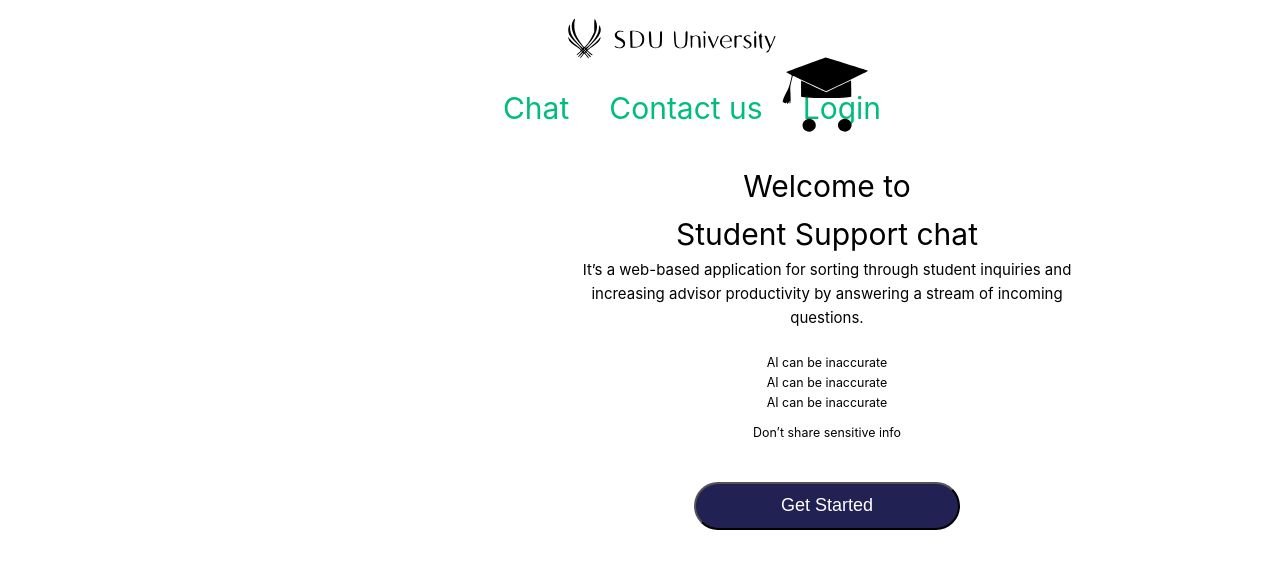
Repository: tolepbekova/Community_v.l
Page: /home
An editor plug-in stored every save of this project. The page is shown before and after the next save, followed by the edit.
The browser window is 1280 px wide. The pictures show the whole page.
The project was rebuilt for these pictures with package versions that can differ from the ones it lists, and the page was loaded fresh each time. Also part of the build but not shown: vite.config.js, src/components/HelloWorld.vue, src/views/Login.vue. Imported but missing from the stored project, and not drawn on this page: src/views/Change.vue.

Above is the page before, as saved 2024-05-10 00:12:18.

After the next save:
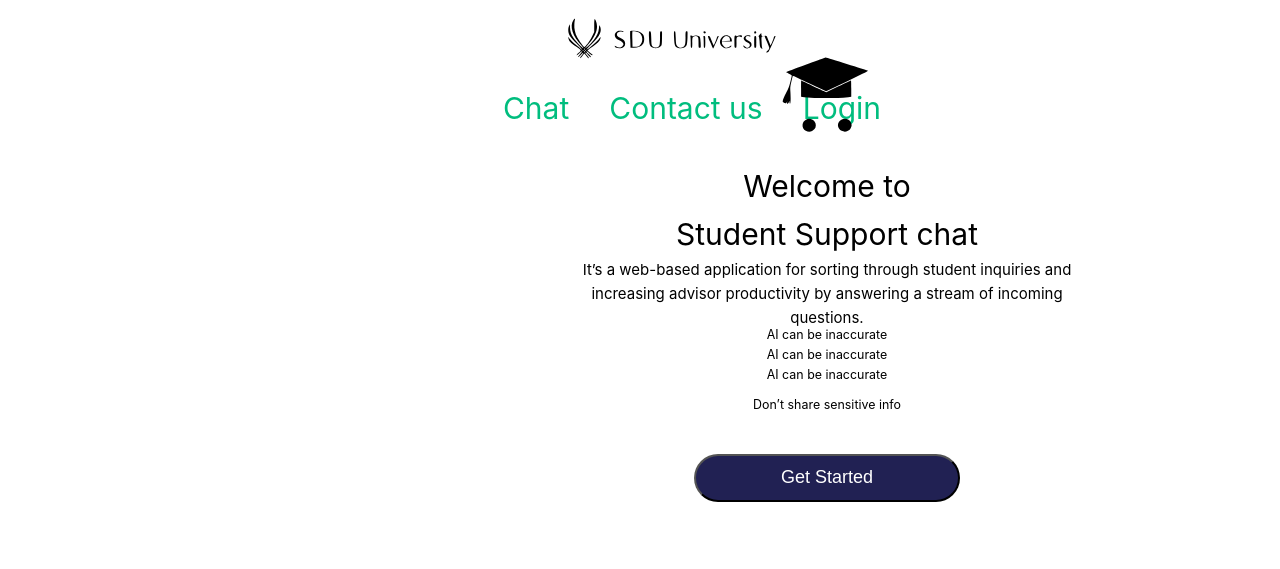
Saved 8 min 24 s later.
--- a/src/App.vue
+++ b/src/App.vue
@@ -5,31 +5,32 @@ import './assets/base.css'
 </script>
 
 <template>
-  <div id="app">
-    <header>
+    <div id="app">
+        <header>
 
-      <section id="header">
-        <a href="about.html"><img class="logo" src="../src/assets/logo/log.svg"></a>
-        <div>
-            <ul id="navbar">
-             <li><router-link to="/getstart">Chat</router-link></li>
-                <li><router-link to="/contact">Contact us</router-link></li>
-               <li><router-link to="/login">Login</router-link></li>
-            </ul>
-        </div>
-    </section>
+            <section id="header">
+                <a href="about.html"><img class="logo" src="../src/assets/logo/log.svg"></a>
+                <div>
+                    <ul id="navbar">
+                        <li><router-link to="/getstart">Chat</router-link></li>
+                        <li><router-link to="/contact">Contact us</router-link></li>
+                        <li><router-link to="/auth">Login</router-link></li>
+                    </ul>
+                </div>
+            </section>
 
-    </header>
+        </header>
 
-    <router-view />
-  </div>
+        <router-view />
+    </div>
 </template>
 
 <style>
 #app {
-  display: flex;
+    display: flex;
 
 }
+
 #header {
     display: flex;
     width: 100%;
@@ -41,15 +42,18 @@ import './assets/base.css'
     margin-right: 0px;
     margin-top: 0px;
 }
+
 #header img {
     width: 218px;
     height: 77px;
 }
+
 #navbar {
     display: flex;
     align-items: center;
     justify-content: center;
 }
+
 #navbar li {
     list-style: none;
     padding: 0 20px;
@@ -58,46 +62,10 @@ import './assets/base.css'
     color: rgba(33, 33, 83, 1);
     transition: 0.3s ease;
 }
+
 #navnar li :hover {
     color: rgb(237, 237, 167);
 }
-.abrow {
-    margin: 0 auto;
-    display: block;
-    text-align: center;
-}
-.abcolu {
-    margin: 0 auto;
-    display: block;
-    text-align: center;
-}
-img {
-    width: 115px;
-}
-.abp {
-    margin: 0 auto;
-    display: block;
-    width: 670px;
-    height: 100px;
-}
-.icon {
-    width: 24px;
-    height: 24px;
-}
-.btn {
-    background-color:  rgba(33, 33, 83, 1) ;
-    border-radius: 20px;
-    width: 280px;
-    height:50px;
-    color: #ffffff;
-}
-input {
-    border-radius: 20px;
-    width: 280px;
-    height: 45px;
-    border-color: rgba(33, 33, 83, 1);
-}
-a {
-    color: gold;
-}
+
+
 </style>
